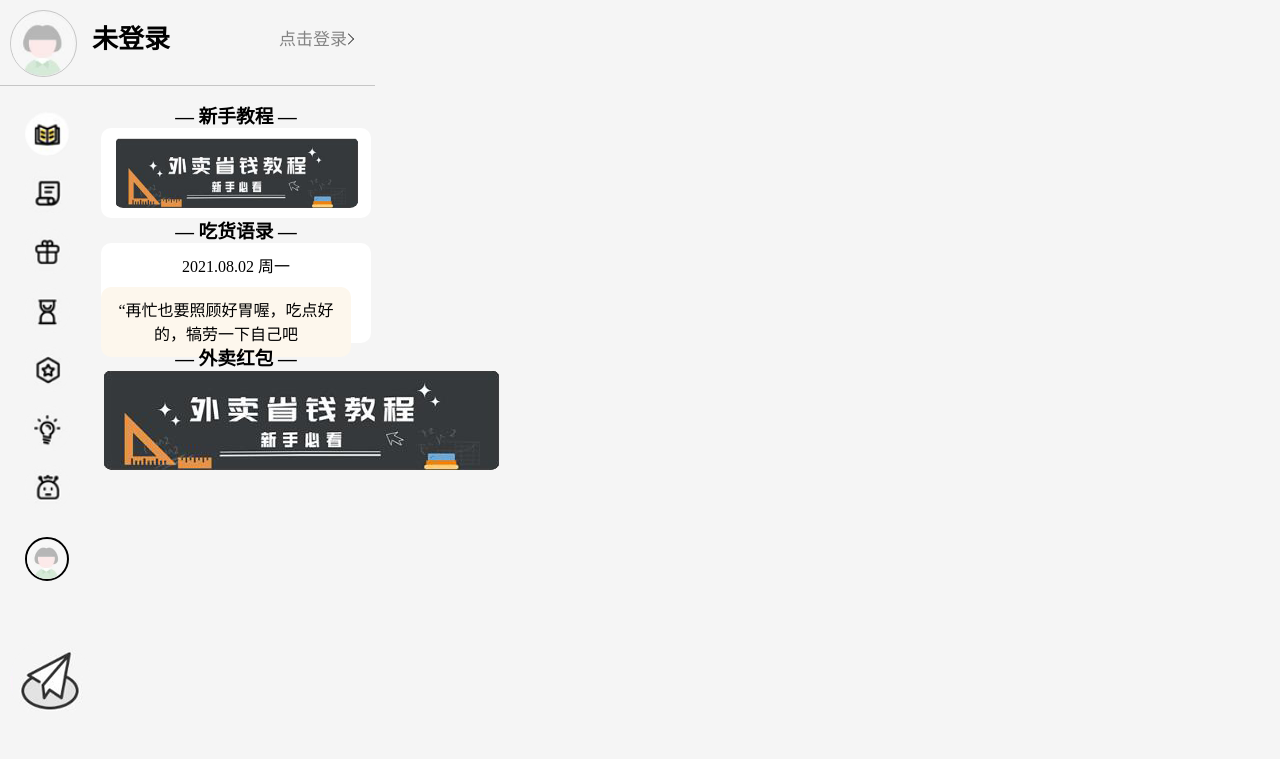
Repository: Privatexiao/projects
Page: Takeout assistant/index.html
These files come from the project's save history. The page is drawn as it stood at one moment and after the next save; the edit follows.
The browser window is 1280 px wide. The pictures show the whole page.

Above is the page before, as saved 2021-08-02 17:11:15.

After the next save:
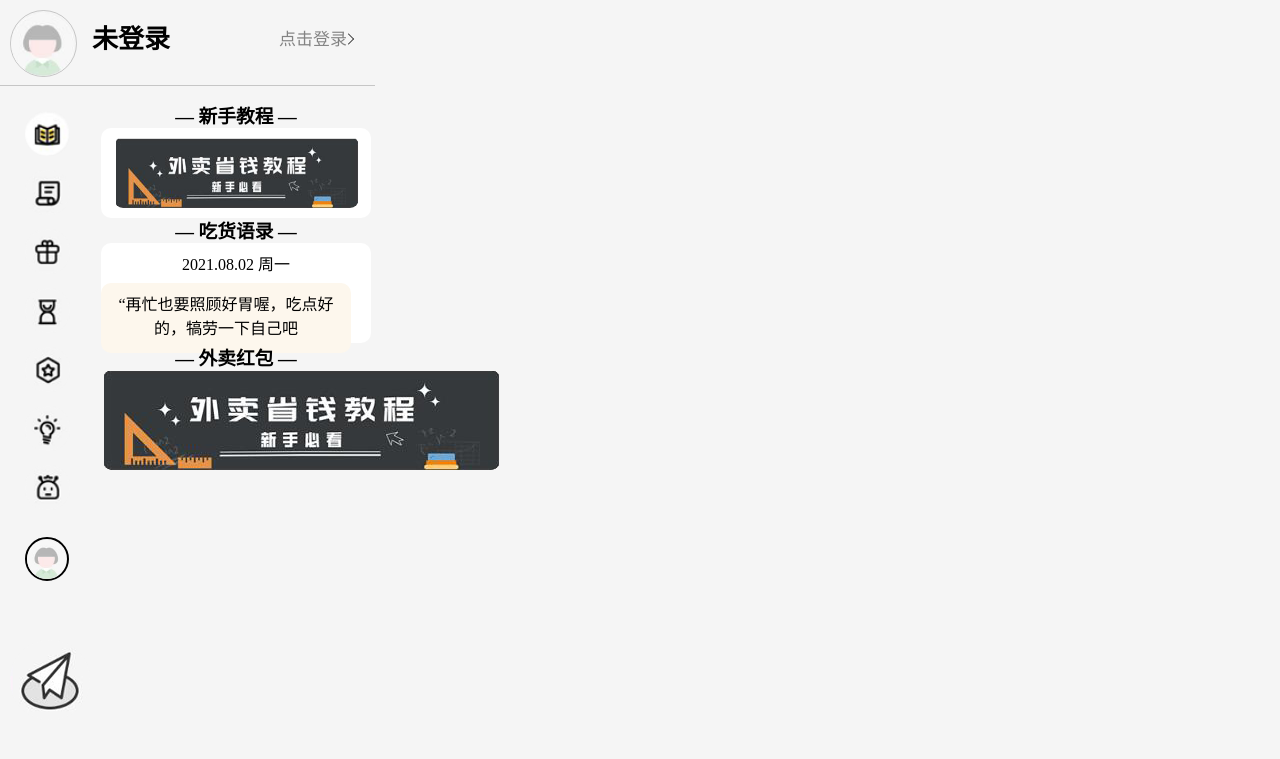
Saved 6 s later.
--- a/Takeout assistant/css/index.css
+++ b/Takeout assistant/css/index.css
@@ -115,7 +115,7 @@ ul,ol{
 }
 .VersionQuotation p{
     text-align: center;
-    padding: 10px;
+    padding: 8px;
 }
 .VersionQuotation .chyl_bj{
     background-color: white;
